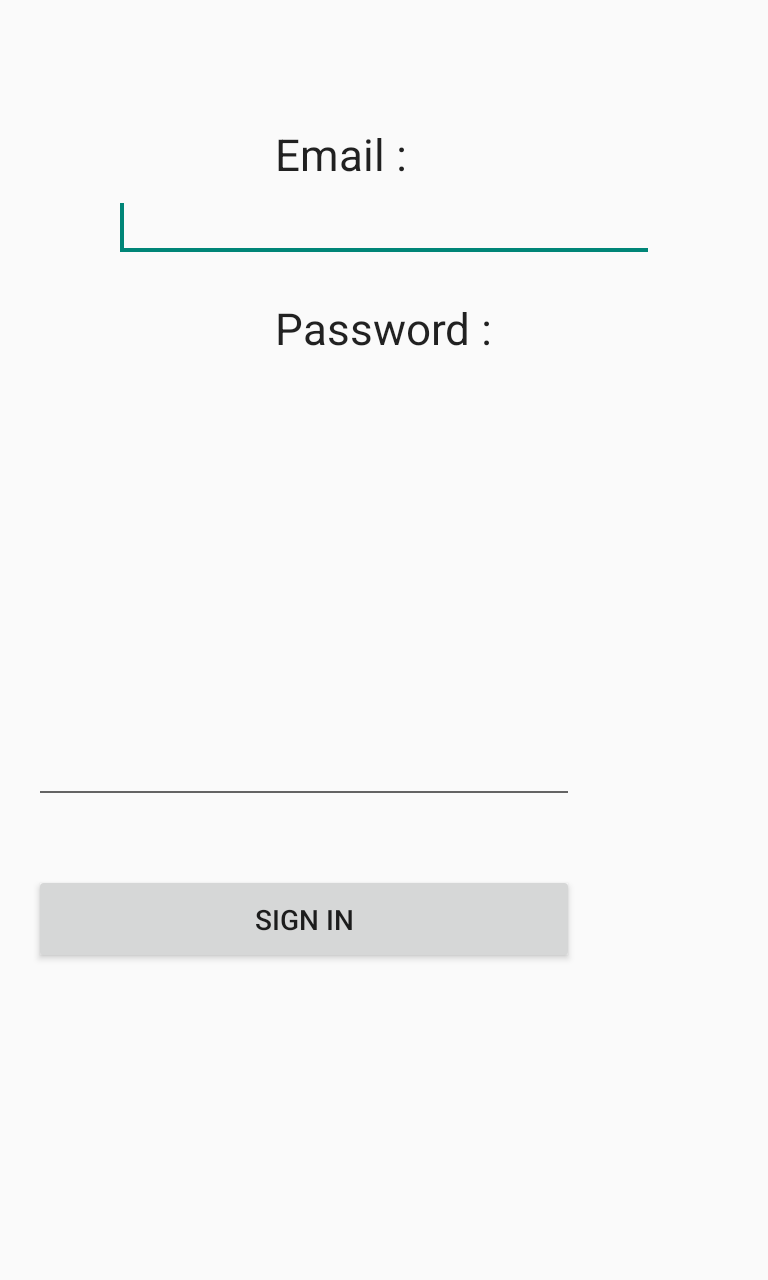
Repository: HAYKEL88/MASTER2_PFE
Layout: PFE_ANDROID/res/layout/activity_sign_in.xml
These files come from the project's save history. The layout is drawn as it stood at one moment and after the next save; the edit follows.
It is drawn on a 768 x 1280 px phone screen (xhdpi) without system bars, with theme AppTheme; the app's code is not run.

Above is the layout before, as saved 2014-12-21 11:24:33.

### PFE_ANDROID/res/layout/activity_sign_in.xml
<RelativeLayout xmlns:android="http://schemas.android.com/apk/res/android"
    xmlns:tools="http://schemas.android.com/tools"
    android:layout_width="match_parent"
    android:layout_height="match_parent"
    android:paddingBottom="@dimen/activity_vertical_margin"
    android:paddingLeft="@dimen/activity_horizontal_margin"
    android:paddingRight="@dimen/activity_horizontal_margin"
    android:paddingTop="@dimen/activity_vertical_margin"
    tools:context="edu.polytech.pfe_android.SignIn" >

    <TextView
        android:id="@+id/tvResponse"
        android:layout_width="272dp"
        android:layout_height="wrap_content"
        android:layout_alignParentBottom="true"
        android:layout_alignParentLeft="true"
        android:layout_alignParentRight="true"
        android:layout_marginBottom="33dp"
        android:text=""
        android:textAppearance="?android:attr/textAppearanceLarge" />

    <Button
        android:id="@+id/button1"
        android:layout_width="272dp"
        android:layout_height="wrap_content"
        android:layout_above="@+id/tvResponse"
        android:layout_alignLeft="@+id/tvResponse"
        android:layout_marginBottom="78dp"
        android:onClick="signIn"
        android:text="@string/button_signIn" />

    <EditText
        android:id="@+id/etEmail"
        android:layout_width="272dp"
        android:layout_height="wrap_content"
        android:layout_below="@+id/tvEmail"
        android:layout_centerHorizontal="true"
        android:ems="10"
        android:inputType="textEmailAddress" >

        <requestFocus />
    </EditText>

    <EditText
        android:id="@+id/etPassword"
        android:layout_width="272dp"
        android:layout_height="wrap_content"
        android:layout_above="@+id/button1"
        android:layout_alignRight="@+id/button1"
        android:layout_marginBottom="31dp"
        android:ems="10"
        android:inputType="textPassword" />

    <TextView
        android:id="@+id/tvHeight"
        android:layout_width="wrap_content"
        android:layout_height="wrap_content"
        android:layout_below="@+id/etEmail"
        android:layout_centerHorizontal="true"
        android:layout_marginTop="16dp"
        android:text="Password :"
        android:textAppearance="?android:attr/textAppearanceLarge" />

    <TextView
        android:id="@+id/tvEmail"
        android:layout_width="272dp"
        android:layout_height="wrap_content"
        android:layout_alignLeft="@+id/tvHeight"
        android:layout_alignParentTop="true"
        android:layout_alignRight="@+id/tvHeight"
        android:layout_marginTop="46dp"
        android:text="Email :"
        android:textAppearance="?android:attr/textAppearanceLarge" />

</RelativeLayout>

### PFE_ANDROID/res/values/strings.xml
<?xml version="1.0" encoding="utf-8"?>
<resources>

    <string name="app_name">PFE_Android</string>
    <string name="hello_world">Hello world!</string>
    <string name="action_settings">Settings</string>
    <string name="title_activity_sign_in">SignIn</string>
    <string name="title_activity_sign_up">SignUp</string>
    <string name="title_activity_welcome_user">WelcomeUser</string>
    <string name="title_activity_update_user">UpdateUser</string>
    <string name="title_activity_add_objectif">AddObjectif</string>
    <string name="title_activity_objectifs_list">ObjectifsList</string>
    <string name="title_activity_send_reclamation">SendReclamation</string>
    <string name="title_activity_sicknesses">Sicknesses</string>
    <string name="title_activity_welcome_admin">WelcomeAdmin</string>
    <string name="title_activity_update_admin">UpdateAdmin</string>
    <string name="title_activity_add_user">AddUser</string>
    <string name="title_activity_users_list">UsersList</string>
    <string name="title_activity_reclamations">Reclamations</string>
    <string name="title_activity_rules_list">RulesList</string>
    <string name="title_activity_add_rule">AddRule</string>
    <string name="title_activity_add_wickness">AddWickness</string>
    <string name="title_activity_wicknesses">Wicknesses</string>
    <string name="title_activity_about">About</string>
    <string name="title_activity_contact_us">ContactUs</string>


    <string name="button_signIn">sign In</string>
    <string name="button_signUp">sign Up</string>
    <string name="button_about">About</string>
    <string name="button_contactUs">Contact US</string>
    <string name="button_updateProfile">Update Profile</string>
    <string name="button_addObjectif">Add Objectif</string>
    <string name="button_showObjectifs">Show Objectifs</string>
    <string name="button_sendReclamations">Send Reclamation</string>
    <string name="button_showSicknesses">Show Sicknesses</string>
    <string name="button_update">Update</string>
    <string name="button_add">Add</string>
    <string name="button_send">Send</string>
    <string name="button_save">Save</string>
    <string name="button_addUser">add User</string>
    <string name="button_showUsers">Show Users</string>
    <string name="button_showReclamations">Show Reclamations</string>
    <string name="button_showRules">Show Rules</string>
    <string name="button_addRule">Add Rule</string>
    <string name="button_addWicknesses">Add Wicknesses</string>
    <string name="some_users">  Display and Filter some Users!</string>
    <string name="some_services">  Display and Filter some Services !</string>
    <string name="some_objectifs">  Display and Filter some Objectifs !</string>
    <string name="some_hint">  Type here to filter&#8230;</string>


</resources>

Loaded but not shown: PFE_ANDROID/res/values/styles.xml (common file); PFE_ANDROID/res/values-v11/styles.xml (common file); PFE_ANDROID/res/values-v14/styles.xml (common file); PFE_ANDROID/res/values/dimens.xml (common file); PFE_ANDROID/res/values-w820dp/dimens.xml (common file)

After the next save:
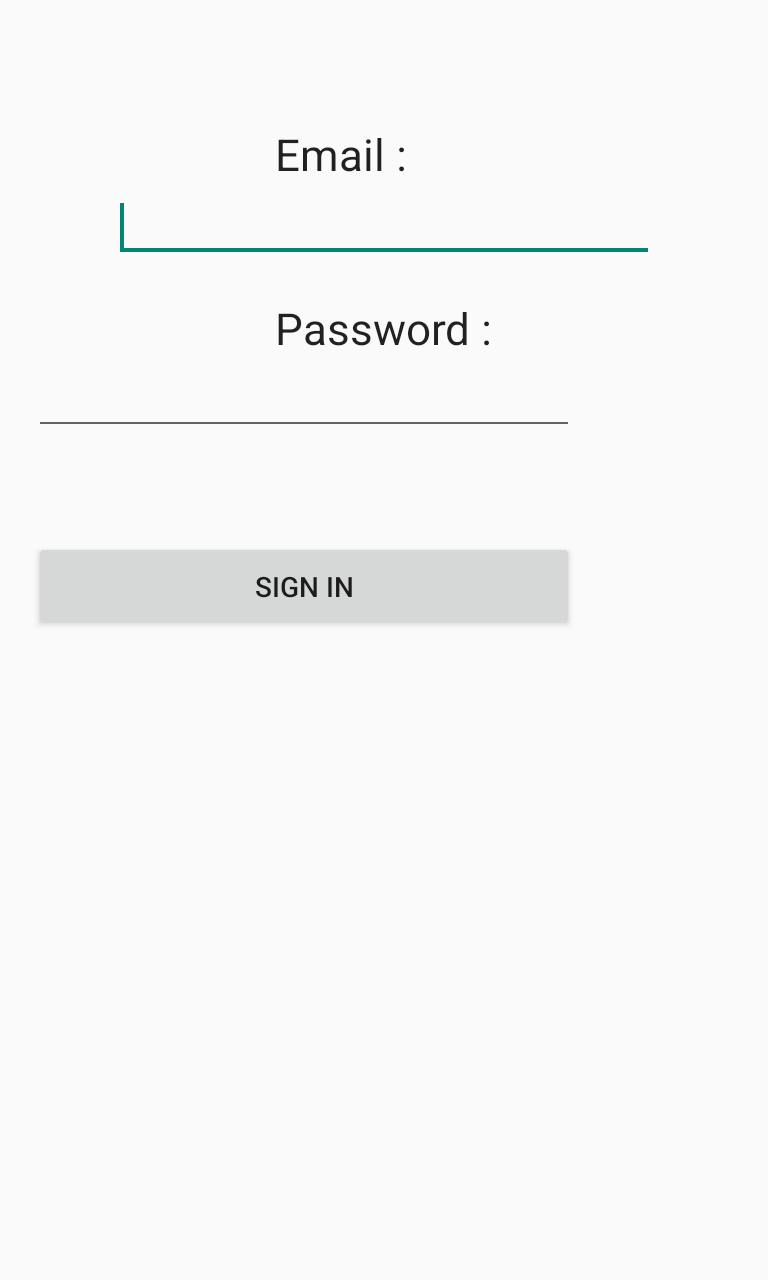
Saved 6 min 55 s later.
--- a/PFE_ANDROID/res/layout/activity_sign_in.xml
+++ b/PFE_ANDROID/res/layout/activity_sign_in.xml
@@ -19,16 +19,6 @@
         android:text=""
         android:textAppearance="?android:attr/textAppearanceLarge" />
 
-    <Button
-        android:id="@+id/button1"
-        android:layout_width="272dp"
-        android:layout_height="wrap_content"
-        android:layout_above="@+id/tvResponse"
-        android:layout_alignLeft="@+id/tvResponse"
-        android:layout_marginBottom="78dp"
-        android:onClick="signIn"
-        android:text="@string/button_signIn" />
-
     <EditText
         android:id="@+id/etEmail"
         android:layout_width="272dp"
@@ -40,16 +30,6 @@
 
         <requestFocus />
     </EditText>
-
-    <EditText
-        android:id="@+id/etPassword"
-        android:layout_width="272dp"
-        android:layout_height="wrap_content"
-        android:layout_above="@+id/button1"
-        android:layout_alignRight="@+id/button1"
-        android:layout_marginBottom="31dp"
-        android:ems="10"
-        android:inputType="textPassword" />
 
     <TextView
         android:id="@+id/tvHeight"
@@ -72,4 +52,23 @@
         android:text="Email :"
         android:textAppearance="?android:attr/textAppearanceLarge" />
 
+    <EditText
+        android:id="@+id/etPassword"
+        android:layout_width="272dp"
+        android:layout_height="wrap_content"
+        android:layout_alignLeft="@+id/button1"
+        android:layout_below="@+id/tvHeight"
+        android:ems="10"
+        android:inputType="textPassword" />
+
+    <Button
+        android:id="@+id/button1"
+        android:layout_width="272dp"
+        android:layout_height="wrap_content"
+        android:layout_alignLeft="@+id/tvResponse"
+        android:layout_below="@+id/etPassword"
+        android:layout_marginTop="49dp"
+        android:onClick="signIn"
+        android:text="@string/button_signIn" />
+
 </RelativeLayout>
